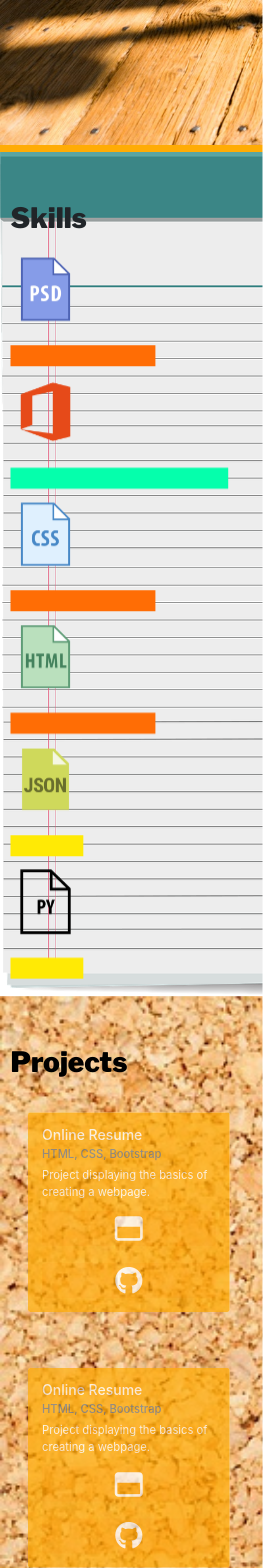
Repository: muhdarifrawi/resume-project
Page: index.html
The author's editor kept a record of every edit. The page is drawn from the files as they stood at one moment, then again after the next edit.
The browser window is 375 px wide. The page is 390 px wide, so the pictures cover 390 px, including what lies to the right of the window. The pictures show the part of the page from y = 593 to 2833 px (the page is 7314 px tall before and 7269 px after), at 70% of full size.
Some web libraries are served in a nearby version.

Above is the page before.

After the next edit:
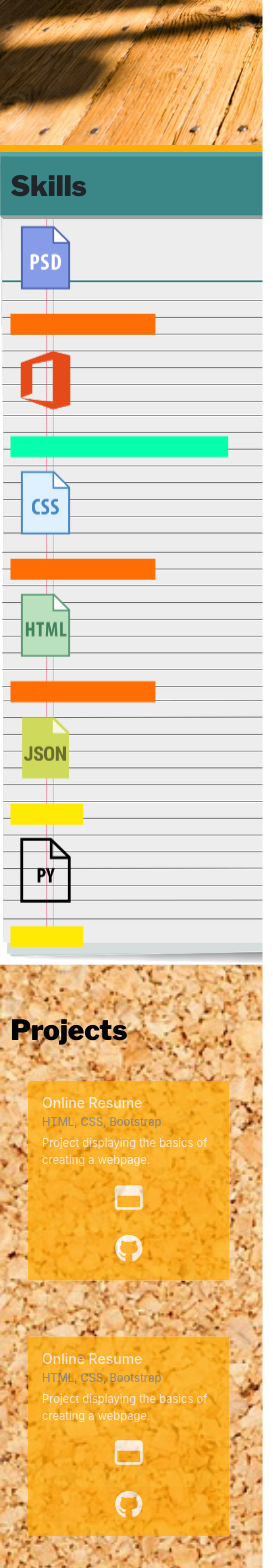
The edit:
--- a/style.css
+++ b/style.css
@@ -347,6 +347,9 @@
     transition-duration: 1s;
     }
 
-
-
-}
+    #skills{
+        padding-top:25px;
+    }
+
+
+}
